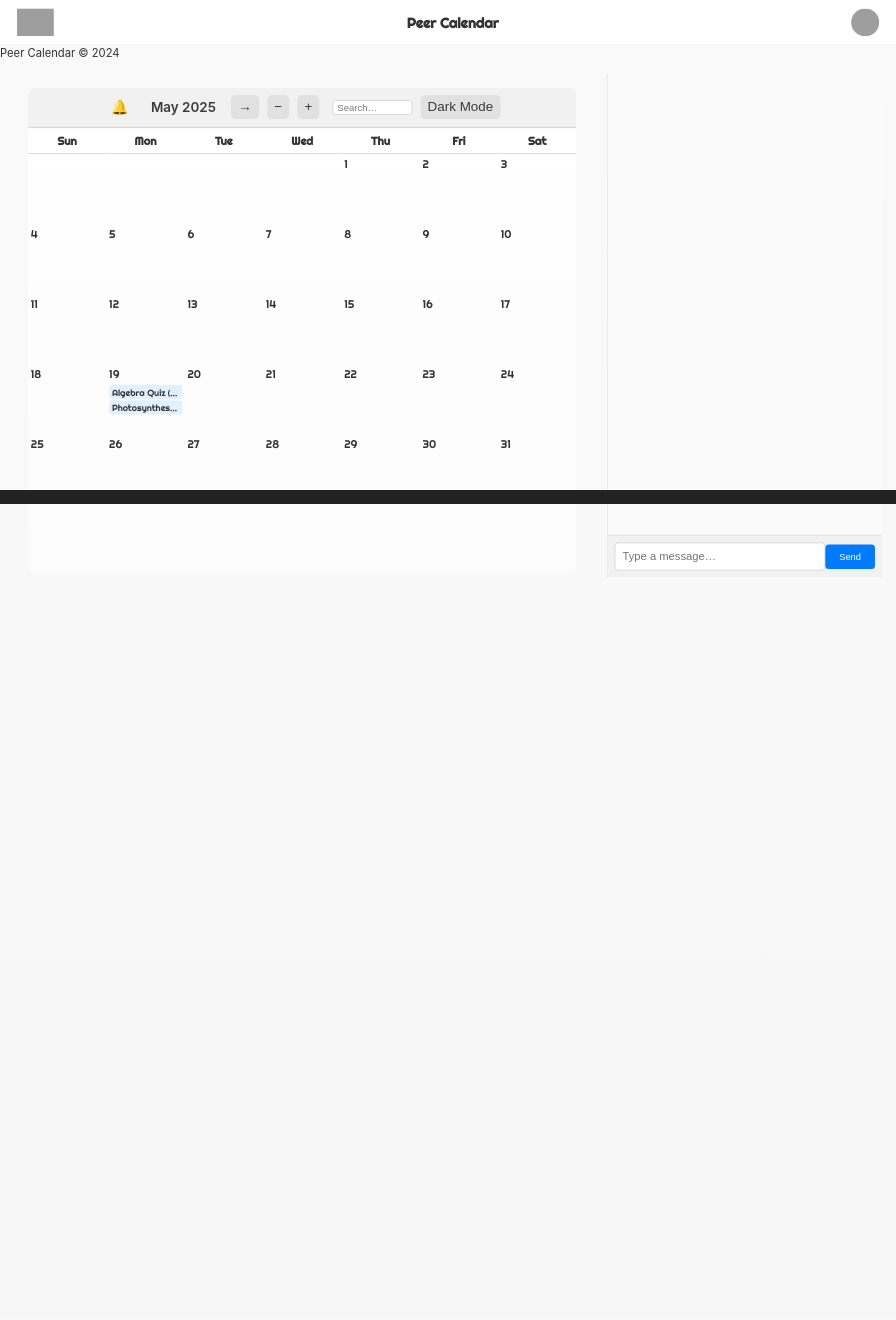
Repository: saifg123/Peer
Page: app.html
These files come from the project's save history. The page is drawn as it stood at one moment and after the next save; the edit follows.
The browser window is 1280 px wide. The pictures show the whole page, at 70% of full size.
Pictures or frames that could not be fetched are drawn as grey boxes.

Above is the page before, as saved 2025-05-20 20:26:56.

After the next save:
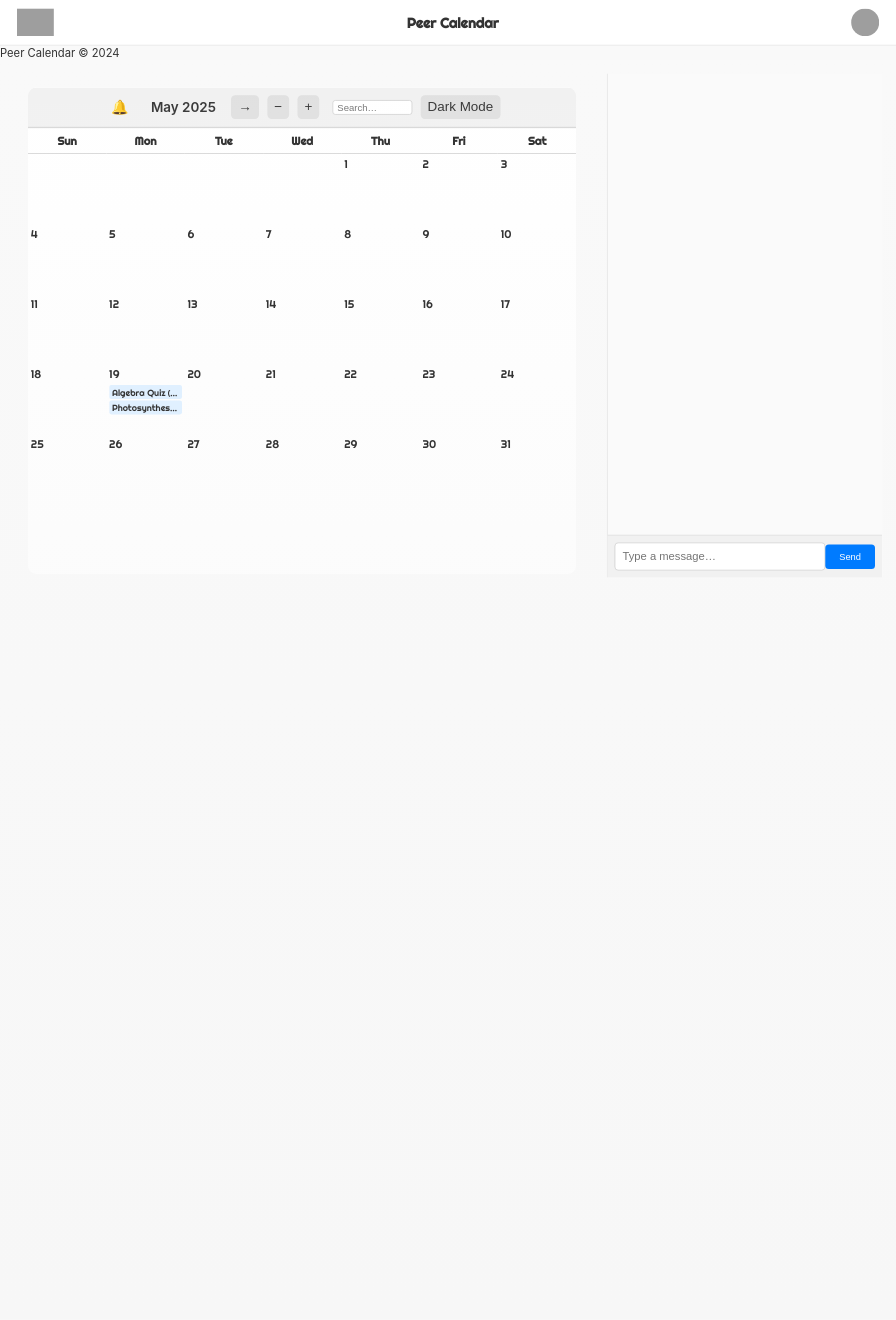
Saved 40 s later.
--- a/app.html
+++ b/app.html
@@ -267,6 +267,23 @@
           // Initial check
           updateAboutBtn();
         })();
+
+        // Fade in footer as you scroll down
+        (function() {
+          const footer = document.getElementById('dynamic-footer');
+          footer.style.transition = (footer.style.transition ? footer.style.transition + ',' : '') + ' opacity 0.3s';
+          function updateFooterOpacity() {
+        // Fade in from scrollY 0 to 120px
+        const y = window.scrollY || window.pageYOffset;
+        let opacity = Math.min(Math.max((y - 0) / 120, 0), 1);
+        footer.style.opacity = opacity;
+        // Hide pointer events when invisible
+        footer.style.pointerEvents = opacity > 0 ? '' : 'none';
+          }
+          window.addEventListener('scroll', updateFooterOpacity);
+          // Initial state
+          updateFooterOpacity();
+        })();
       </script>
       <div id="view-label">Month</div>
       <button type="button" id="next">&rarr;</button>
